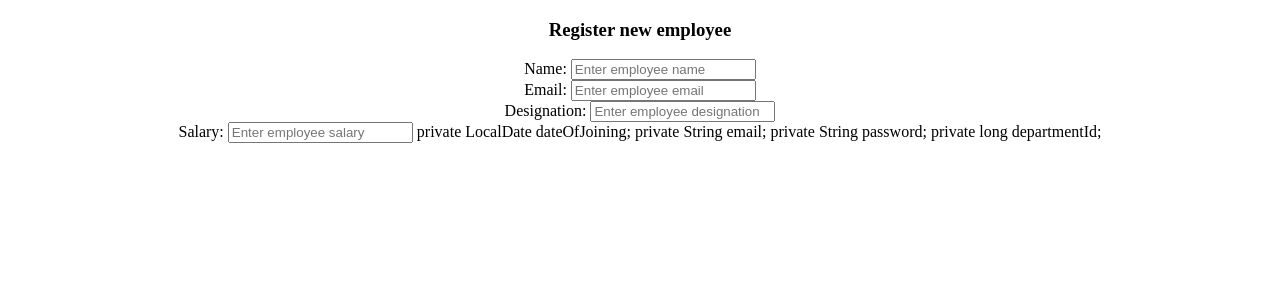
Repository: ArmanAli-cmd/EmployeeProjectDepartmentApplication
Page: http://localhost/EmployeeProjectDepartmentMVCApplication/views/employee-signup.jsp
The author's editor kept a copy of each file at every save. The page is drawn from the files as they stood at one save, then again after the next save.
The browser window is 1280 px wide. The pictures show the whole page.
The page is served by Tomcat 9.

Above is the page before, as saved 2024-01-17 10:23:48.

After the next save:
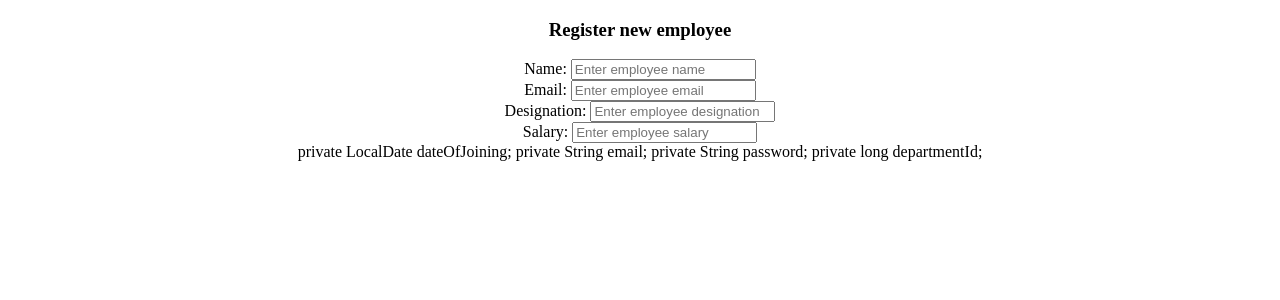
Saved 16 s later.
--- a/EmployeeProjectDepartmentMVCApplication/src/main/webapp/views/employee-signup.jsp
+++ b/EmployeeProjectDepartmentMVCApplication/src/main/webapp/views/employee-signup.jsp
@@ -12,7 +12,7 @@
 Name: <input type="text" name="name" placeholder="Enter employee name" required><br>
 Email: <input type="text" name="email" placeholder="Enter employee email" required><br>
 Designation: <input type="text" name="designation" placeholder="Enter employee designation" required><br>
-Salary: <input type="text" name="salary" placeholder="Enter employee salary">
+Salary: <input type="text" name="salary" placeholder="Enter employee salary" required="required"><br>
 	private LocalDate dateOfJoining;
 	private String email;
 	private String password;
